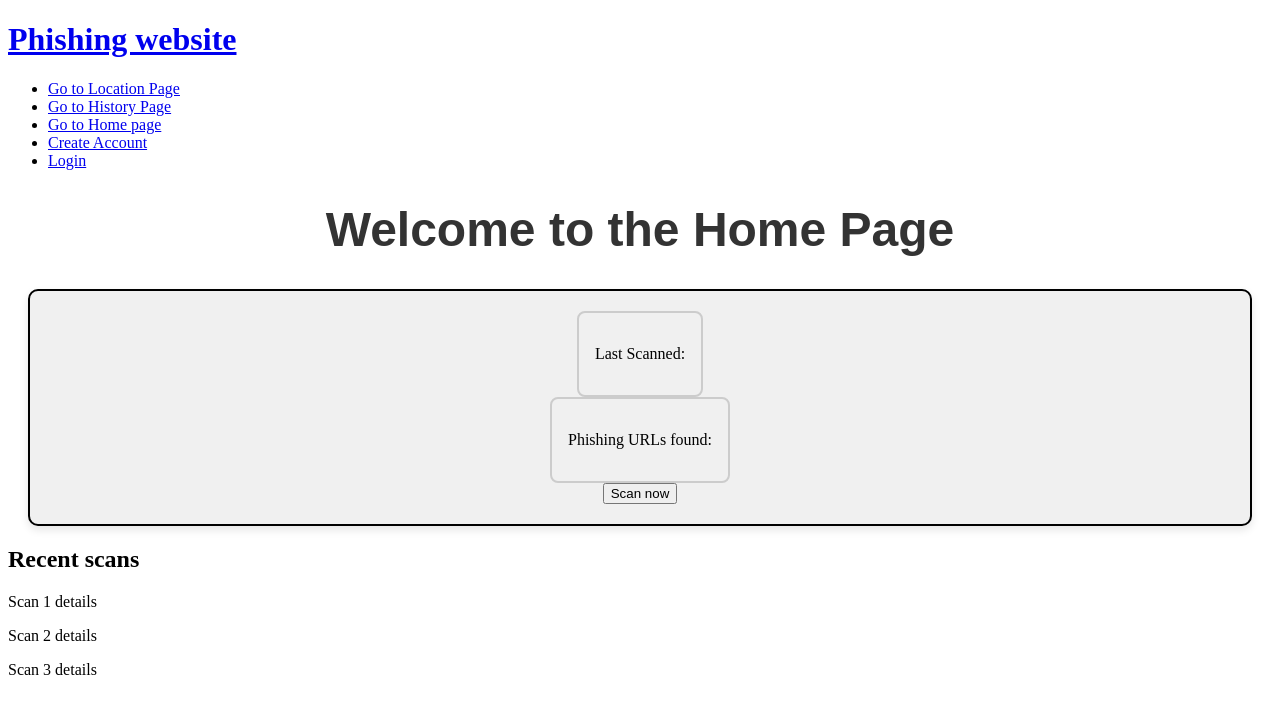
Repository: 2305199/Final-year-project
Page: / (app in frontend/)
The author's editor kept a copy of each file at every save. The page is drawn from the files as they stood at one save, then again after the next save.
The browser window is 1280 px wide. The pictures show the whole page.
The project was rebuilt for these pictures with package versions that can differ from the ones it lists, and the page was loaded fresh each time. Also part of the build but not shown: frontend/vite.config.js, frontend/src/Location/Location.jsx, frontend/src/History/History.jsx, frontend/src/User/CreateAccount.jsx, frontend/src/User/Login.jsx.

Above is the page before, as saved 2026-01-29 00:52:42.

After the next save:
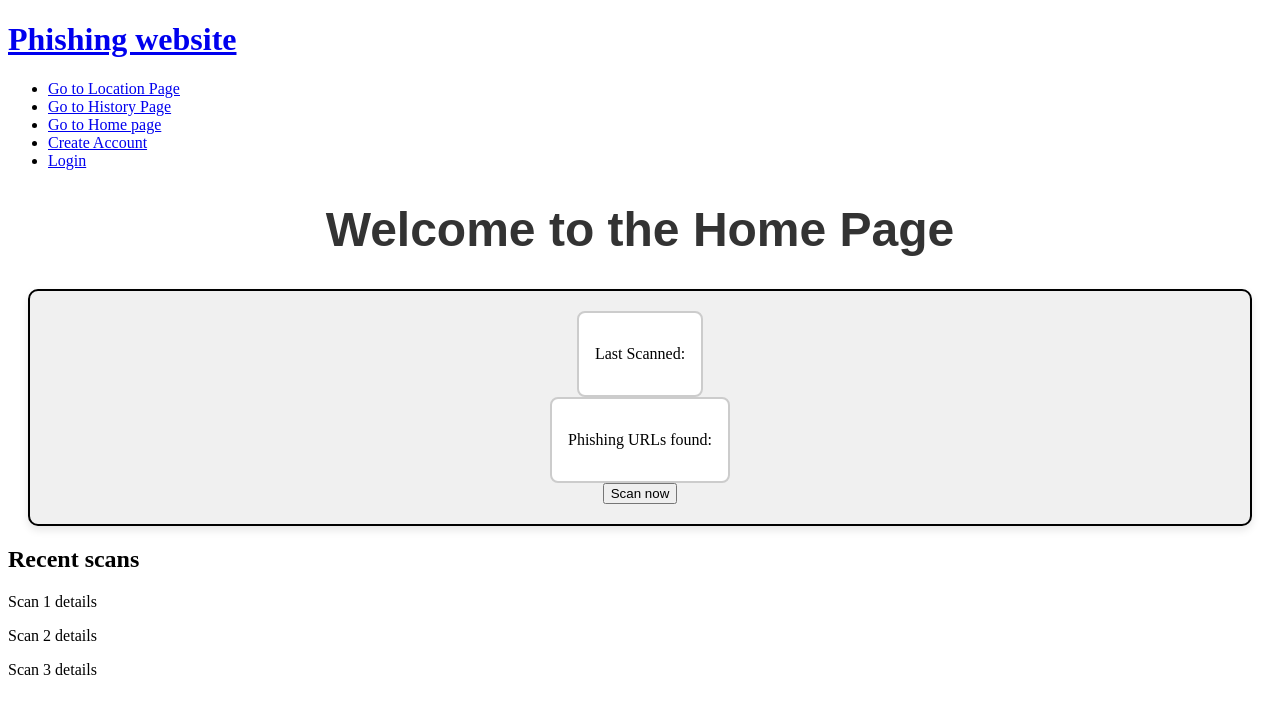
Saved 39 s later.
--- a/frontend/src/Home/Home.module.css
+++ b/frontend/src/Home/Home.module.css
@@ -27,4 +27,5 @@
   border: 2px solid #ccc;
   padding: 16px;
   border-radius: 8px;
+  background-color: #ffffff;
 }
